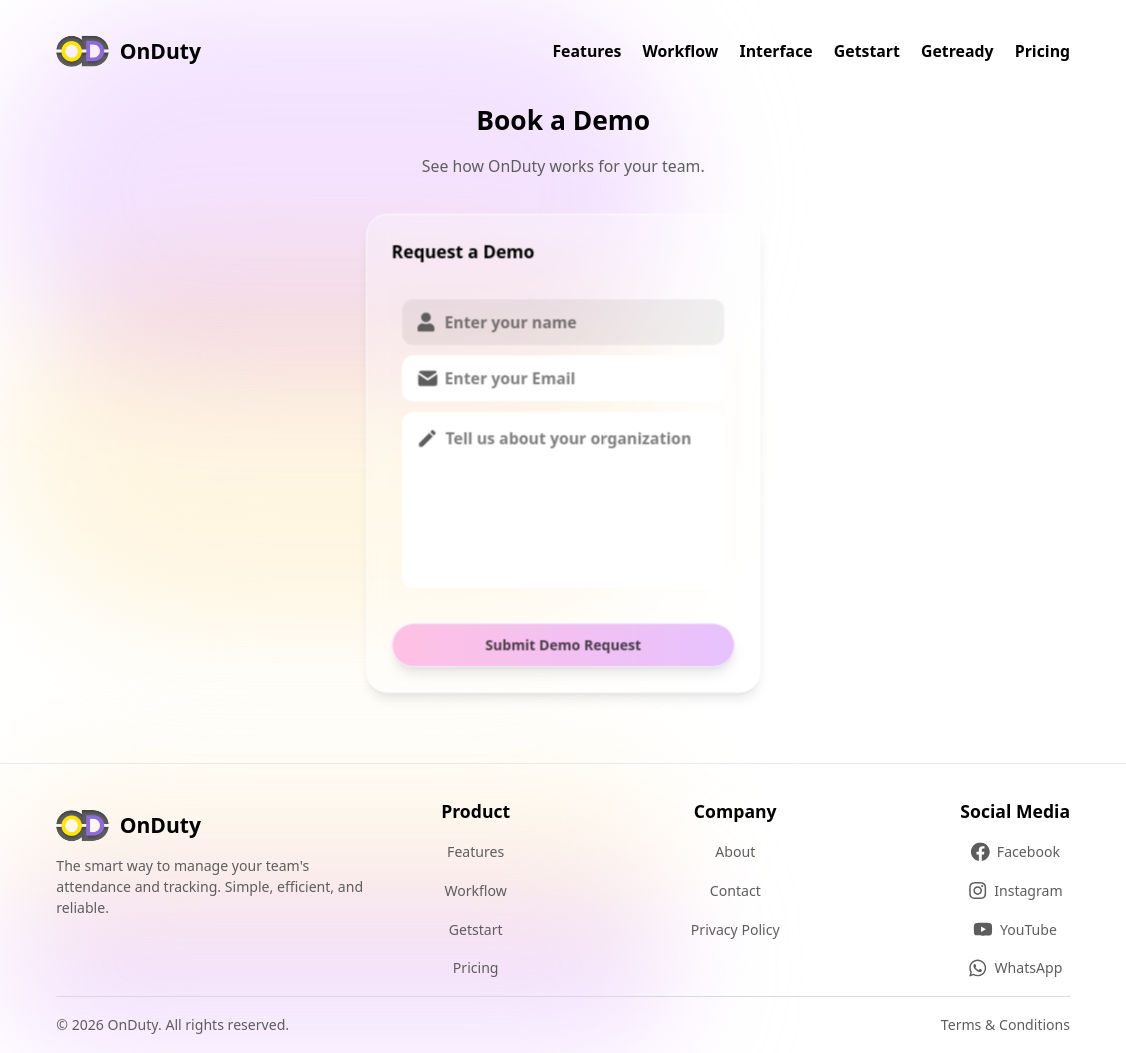
Repository: shekharzorin/ONDUTY-V1
Page: /bookdemo
An editor plug-in stored every save of this project. The page is shown before and after the next save, followed by the edit.
The browser window is 1280 px wide. The pictures show the whole page, at 88% of full size.
The project was rebuilt for these pictures with package versions that can differ from the ones it lists, and the page was loaded fresh each time. The framework's server and built-in components were replaced by stand-ins that run in the browser. Also part of the build but not shown: next.config.mjs, vite.config.js, app/components/ui/Crossicon.tsx.

Above is the page before, as saved 2026-01-17 17:05:22.

After the next save:
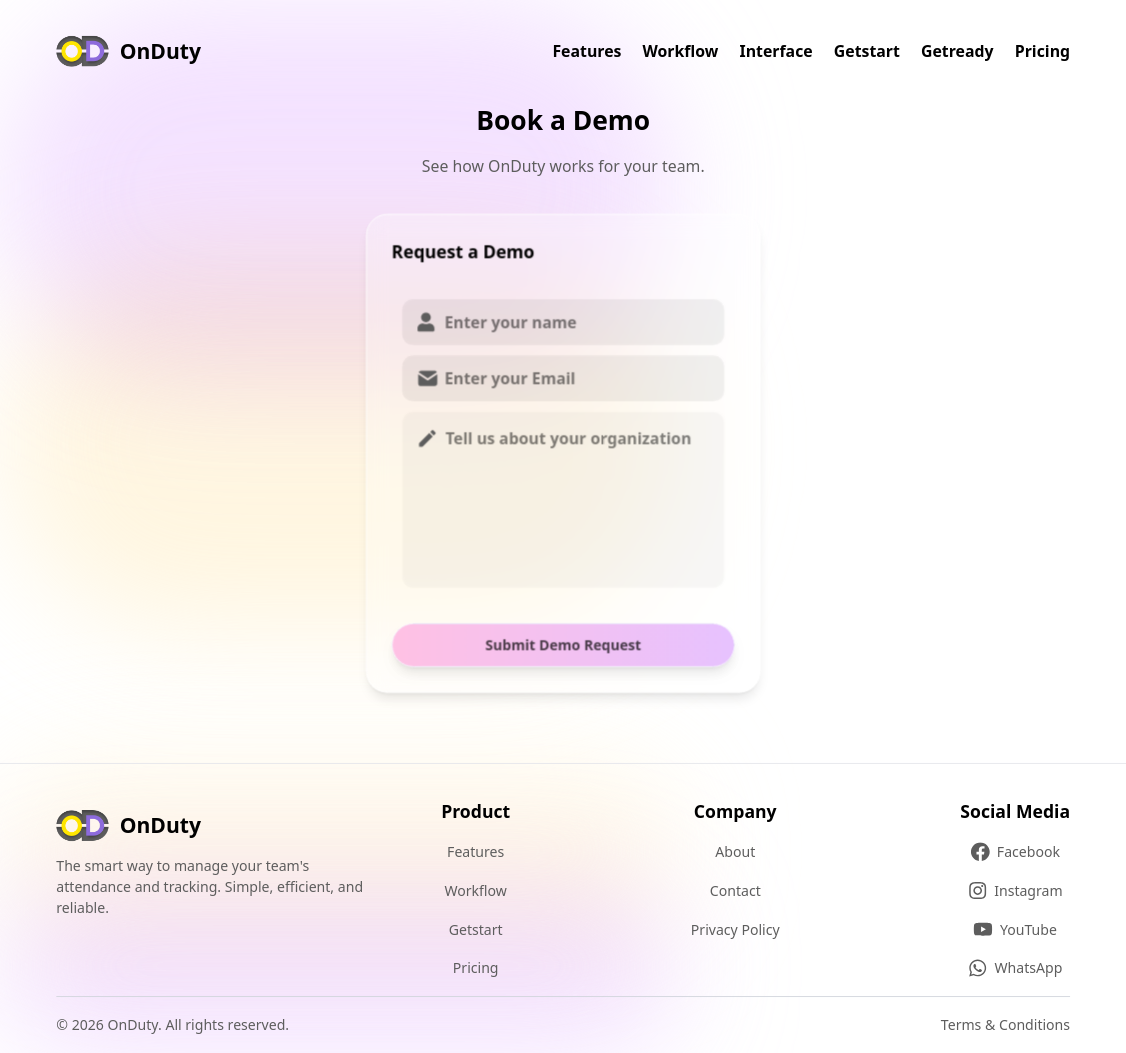
Saved 16 s later.
--- a/app/components/sections/bookdemo.tsx
+++ b/app/components/sections/bookdemo.tsx
@@ -62,10 +62,10 @@ const Bookdemo = () => {
             value={form.email}
             onChange={(v) => handleChange("email", v)}
             placeholder="Enter your Email"
-            className="rounded-xl bg-white font-semibold md:text-lg text-black"
+            className="rounded-xl bg-black/3 font-semibold md:text-lg text-black"
           />
 
-          <div className="flex w-full p-4 bg-white rounded-xl gap-2 text-(--color-gray)">
+          <div className="flex w-full p-4 bg-black/3 rounded-xl gap-2 text-(--color-gray)">
             <MdEdit size={28} />
             <textarea
               placeholder="Tell us about your organization"
